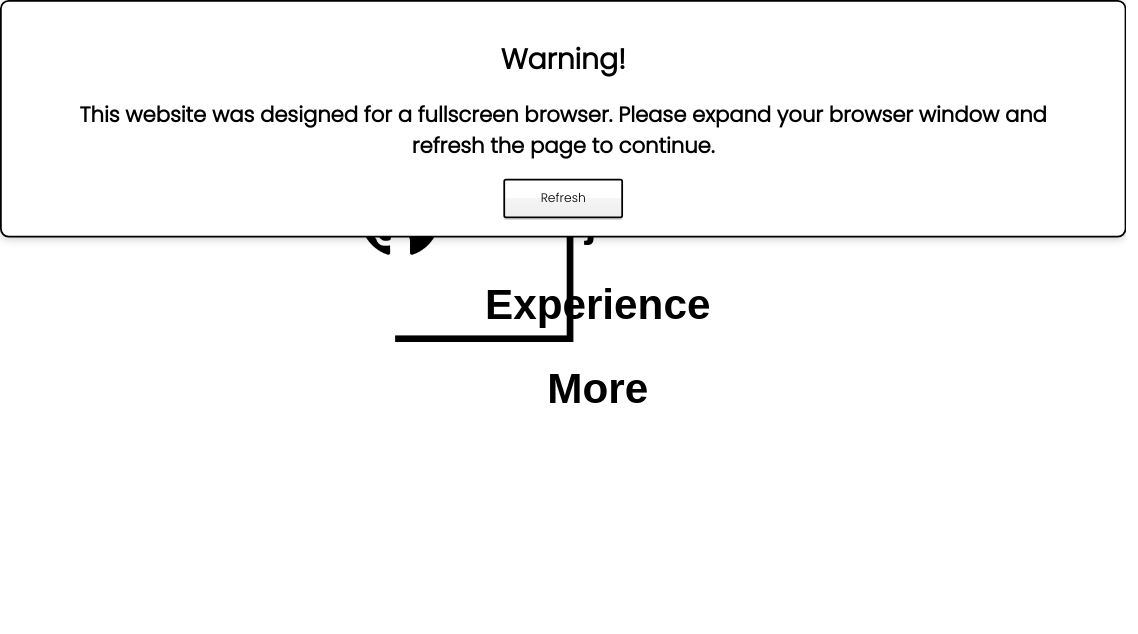
Repository: notMaximilian/maximilianaquino.github.io
Page: index.html
An editor plug-in stored every save of this project. The page is shown before and after the next save, followed by the edit.
The browser window is 1280 px wide. The page is 1280 px wide, then 1293 px, then 1280 px, so the pictures cover 1293 px, including what lies to the right of the window. The pictures show the whole page, at 88% of full size.

Above is the page before, as saved 2022-02-09 17:09:18.
Console error: TypeError: Failed to execute 'removeChild' on 'Node': parameter 1 is not of type 'Node'.

### index.html
<!DOCTYPE html>
<html lang="en">

<head>
  <meta charset="UTF-8">
  <meta name="viewport" content="width=device-width, initial-scale=1, user-scaleable=no">
  <title>Max Aquino</title>
  <link rel="preconnect" href="https://fonts.googleapis.com">
  <link rel="preconnect" href="https://fonts.gstatic.com" crossorigin>
  <link href="https://fonts.googleapis.com/css2?family=Poppins:wght@300&display=swap" rel="stylesheet">
  <link rel="stylesheet" href="css/main.css">
</head>

<body>

  <div class="intro">
    <h1 class="name-header">
      <span class="name">Max</span><span class="name">imilian</span>
    </h1>
  </div>


  </div>
<!-- asdsa -->

  <div class="wrap">
    <div class="game-wrapper">
      <div class="game"></div>
      <h1

      <div class="mainNav">
        <ul class = "navmenu">
          <li><h2 id="about">About Me</h2></li>
          <li><h2 id="projects">Projects</h2></li>
          <li><h2 id="experience">Experience</h2></li>
          <li><h2 id="more">More</h2></li>
        </ul>
      </div>

      <img class="icon" id="twitter" src="img/twitter.png">
      <img class="icon" id="github" src="img/github.png">
      <img class="corners" id="cornerL" src="img/corner-test.png">
      <img class="corners" id="cornerR" src="img/cornerR.png">


      <div class="congratulations">
        <h1>Warning!</h1>
        <h2>This website was designed for a fullscreen browser. Please expand your browser window and refresh the page to continue. </h2>
        <button class="btn" onclick="window.location.reload()">Refresh</button>
      </div>
      <div class="game-over">
        <h1>GAME OVER</h1>
        <h2>You lost the game</h2>
        <button class="btn" onclick="window.location.reload()">Restart</button>
      </div>
    </div>
  </div>

  <!-- Maximilian Fade in and out -->


  <script src="js/app.js"></script>
  <!-- <script src="js/game.js"></script> -->
</body>

</html>

### css/main.css
html,
body {
  height: 100%;
  overflow: hidden;
  cursor: none;
  /* user-select: none; */
}

body {
  margin: 0;
  font: 16px sans-serif;
}

.wrap {
  cursor: none;
  display: flex;
  flex-direction: column;
  height: 100%;
  /* user-select: none; */
}


.game-wrapper {
  flex: 1;
  display: flex;
  justify-content: center;
  align-items: center;
  background: #ffffff;
}
.game {
  width: 100%;
  height: 100%;

  box-shadow: 0 2px 10px black;
  position: absolute;
}

@keyframes scroll-background {
  from {
    background-position-y: 0px;
  }
  to {
    background-position-y: 256px;
  }
}

.game .enemy {
  position: absolute;
  margin-left: -20px;
  margin-top: -18px;
  width: 40px;
}

.game .player {
  position: absolute;
  margin-left: -20px;
  width: 40px;
}

.game .laser {
  position: absolute;
  margin-left: -2.5px;
  height: 30px;
}

.game .enemy-laser {
  position: absolute;
  margin-left: -2.5px;
  height: 30px;
}

.congratulations {
  display: none;
  position: absolute;
  background: #ffffff;
  color: black;
  padding: 20px 50px;
  box-shadow: 0 2px 10px rgba(0, 0, 0, 0.2);
  border: 2px solid black;
  border-radius: 10px;
  text-align: center;
  animation: pop-in 1s;
  font-family: "Poppins", sans-serif;
}

.game-over {
  display: none;
  position: absolute;
  background: #6b1818;
  color: white;
  padding: 20px 50px;
  box-shadow: 0 2px 10px rgba(0, 0, 0, 0.2);
  border-radius: 10px;
  text-align: center;
  animation: pop-in 1s;
}

.btn {
  border: 2px solid black;
  border-radius: 3px;
  box-shadow: 0 2px rgba(0, 0, 0, 0.15);
  background: linear-gradient(
    to bottom,
    #fff 0%,
    #fff 49%,
    #f5f5f5 50%,
    #eee 100%
  );
  padding: 10px 40px;
  font-family: "Poppins", sans-serif;
  font-size: 14px;
}
@keyframes pop-in {
  0% {
    opacity: 0;
    transform: translate(0, -100px);
  }
  10% {
    opacity: 1;
  }
  50% {
    transform: translate(0, 30px);
  }
  100% {
    transform: translate(0, 0);
  }
}

.intro{
  position: fixed;
  z-index: 1;
  left: 0;
  top: 0;
  width: 100%;
  height: 100vh;
  background-color: black;
  transition: 1s;
}

.name-header{
  position: absolute;
  top: 40%;
  left: 50%;
  transform: translate(-50%, -50%);
  color: #ffffff;
}

.intro h1{
  font-family: "Poppins", sans-serif;
  font-size: 80px;
  margin: 0;
  padding: 0;
}

.name{
  position: relative;
  display: inline-block;
  bottom: -20px;
  opacity: 0;
}

.name.active{
  bottom: 0;
  opacity: 1;
  transition: ease-in-out 0.5s;
}

.name.fade{
  bottom: 150px;
  opacity: 0;
  transition: ease-in-out 0.5s;
}

.corners{
  position: absolute;
  width: 16vw;
}

#cornerL{
  transform: translate(-35vw, 23vh);
}
#cornerR{
  transform: translate(35vw, 23vh);
}
#max{
  top: -5vh;
  position: absolute;
  font-family: "Poppins", sans-serif;
  font-size: 12vh;
  text-align: center;
}

.yeight{
  top: -5vh;
  position: absolute;
  font-family: "Poppins", sans-serif;
  font-size: 12vh;
  text-align: center;
}

#github{
  position: absolute;
  width: 7vw;
  transform: translate(32vw, 28vh);
}
#twitter{
  position: absolute;
  width: 7vw;
  transform: translate(-32vw, 30vh);
}


.navmenu{
  list-style: none;
  text-align: center;
}

.test{
  color:blue;
}

.navmenuItems{
  font-size: 4vh;
  font-family: "Poppins", sans-serif;
  float: left;
  margin-right: 6vw;
  text-align: center;
  transition: ease-in-out 0.2s;
}

.navmenu li:hover{
  transition: ease-in-out 0.2s;
  text-decoration: underline;
  text-underline-offset: 4px;
}

.mainNav{
  margin: auto;
  margin-left: 3vw;
  position: absolute;
  top: 7vw;
}

.fade{
  transition: ease-in-out 1s;
  opacity: 0;
}

.open-tab{
  opacity: 1;
  top: -5vh;
  position: absolute;
  font-family: "Poppins", sans-serif;
  font-size: 12vh;
  text-align: center;
  transition: ease-in-out 1s;
}

.absolute{
  position: absolute;
  font-size: 4vh;
  font-family: "Poppins", sans-serif;
  float: left;
  margin-right: 6vw;
  text-align: center;
  transition: ease-in-out 0.2s;
}

### js/app.js
const KEY_CODE_LEFT = 37;
const KEY_CODE_RIGHT = 39;
const KEY_CODE_SPACE = 32;
let inverted = false;
const WINDOW_WIDTH = window.innerWidth - 50;
const WINDOW_HEIGHT = window.innerHeight;
let currentMousePos = 0
let mouse
let rocketPos = 0;
const ROCKET_WIDTH = 20;
const ROCKET_MAX_SPEED = 800.0;
const LASER_MAX_SPEED = 600.0;
const LASER_COOLDOWN = 0.5;
let rocketSpawn = false;
let headerSpace;
const HEADERS_PER_ROW = 10;
const HEADER_HORIZONTAL_PADDING = 80;
const HEADER_VERTICAL_PADDING = 70;
const HEADER_VERTICAL_SPACING = 80;
const HEADER_COOLDOWN = 5.0;



headerCoords = [
  {x:'', y:''},
  {x:'', y:''},
  {x:'', y:''},
  {x:'', y:''},
]

const WINDOW_STATE = {
    lastTime: Date.now(),
    leftPressed: false,
    rightPressed: false,
    spacePressed: false,
    rocketX: WINDOW_WIDTH / 2,
    rocketY: WINDOW_HEIGHT - 300,
    rocketCooldown: 0,
    lasers: [],
    headers: [],
    headerLasers: [],
    fullscreen: false
  };

function setSize($element, width){
    $element.style.width = `${width}vw`;
    $element.style.height = "auto";
  }

function setPosition(el, x, y) {
    if(el == null){console.log('NULL')
    return;}
    el.style.transform = `translate(${x}px, ${y}px)`;
}

function setHeaderPosition(el, x, y) {
  if(el == null){console.log('NULL')
  return;}
  el.style.transform = `translate(${x}vw, ${y}vh)`;
}

function openTab ($container, header){
  //step one fade out other elements on page

  // Fade Maximilian Aquino
  const mainName = document.getElementById('max')
  mainName.classList.add('fade')

  // Fade Accents
  const CornerL = document.getElementById('cornerL')
  const CornerR = document.getElementById('cornerR')
  CornerL.classList.add('fade')
  CornerR.classList.add('fade')

  // Fade icons
  const github = document.getElementById('github')
  const twitter = document.getElementById('twitter')
  github.classList.add('fade')
  twitter.classList.add('fade')

  // Fade headers
  const headers = WINDOW_STATE.headers;
  for (let j = 0; j < headers.length; j++) {
    const head = headers[j];
    if (head.name != header.name){
      head.$element.classList.add('fade')
    }
  }

  // Fade rocket
  const rocket = document.querySelector('.rocket')
  rocket.classList.add('fade')

  destroyAll($container, "6")

  setTimeout(()=>{
    console.log(header.name)
    window.location.href = `./${header.name}.html`;
  },1000)

  // setTimeout(()=>{
    // header.$element.classList.add('open-tab')


  // },1100)

}

// create user controlled rocket for selecting header elements
function createRocket($container) {
    rocketSpawn = true;
    const $rocket = document.createElement("img");
    if(inverted == true){$rocket.src = "img/rocket-inverted.png";}
    else{$rocket.src = "img/rocket.png";}
    $rocket.className = "rocket";
    if (WINDOW_WIDTH + 50 == 1920){
      setSize($rocket,9)
    }
    else{
      setSize($rocket, 7)
    }

    WINDOW_STATE.rocketY = 440;
    $container.appendChild($rocket);
}

function destroyRocket($container, rocket) {
    rocketSpawn = false;
    $container.removeChild(rocket);
    WINDOW_STATE.finalState = true;
    const audio = new Audio("sound/sfx-lose.ogg");
    audio.play();
}


function rectsIntersect(r1, r2) {
    return !(
        r2.left > r1.right ||
        r2.right < r1.left ||
        r2.top > r1.bottom ||
        r2.bottom < r1.top
    );
}



function clamp(v, min, max) {
    if (v < min) {
      return min;
    } else if (v > max) {
      return max;
    } else {
      return v;
    }
}

function rand(min, max) {
    // if (min === undefined) min = 0;
    // if (max === undefined) max = 1;
    // return min + Math.random() * (max - min);
  }

function updateRocket(dt, $container) {
  if(mouse <= '4' ){
    WINDOW_STATE.rocketX -= dt * ROCKET_MAX_SPEED;
  }
  else if (mouse >= '96'){
    WINDOW_STATE.rocketX += dt * ROCKET_MAX_SPEED;
  }

    if (WINDOW_STATE.leftPressed) {
      WINDOW_STATE.rocketX -= dt * ROCKET_MAX_SPEED;
    }
    if (WINDOW_STATE.rightPressed) {
      WINDOW_STATE.rocketX += dt * ROCKET_MAX_SPEED;
    }
    document.onmousemove = (event) => {
      mouse = event.clientX * 100 / window.innerWidth + "%";
      if (mouse > currentMousePos ){
        WINDOW_STATE.rocketX += dt * ROCKET_MAX_SPEED;
      }
      else{
        WINDOW_STATE.rocketX -= dt * ROCKET_MAX_SPEED;
      }
      currentMousePos = mouse;
    }

    // WINDOW_STATE.rocketX = clamp(
    //   WINDOW_STATE.rocketX,
    //   ROCKET_WIDTH,
    //   WINDOW_WIDTH - ROCKET_WIDTH
    // );


    if (WINDOW_STATE.spacePressed && WINDOW_STATE.rocketCooldown <= 0) {
      createLaser($container, WINDOW_STATE.rocketX - 79,  WINDOW_STATE.rocketY-20);
      WINDOW_STATE.rocketCooldown = LASER_COOLDOWN;
    }
    if (WINDOW_STATE.rocketCooldown > 0) {
      WINDOW_STATE.rocketCooldown -= dt;
    }

    const rocket = document.querySelector(".rocket");
    if(rocket == null){return;}
    setPosition(rocket, WINDOW_STATE.rocketX, WINDOW_STATE.rocketY + 200);
}

  function createLaser($container, x, y) {
    if(rocketSpawn == false) {return;}
    const $element = document.createElement("img");
    if(inverted == true){$element.src="img/laser-inverted.png"}
    else{$element.src = "img/laser.png";}
    $element.className = "laser";
    $element.style.position = "absolute"
    $container.appendChild($element);
    const laser = { x, y, $element };
    WINDOW_STATE.lasers.push(laser);
    const audio = new Audio("sound/sfx-laser1.ogg");
    audio.play();
    setPosition($element, x, y);
  }

  function destroyHeader(header) {
    headerSpace.removeChild(header.$element);
    header.isDead = true;
  }

  function destroyAll($container, exceptions){
    console.log(`exception is ${exceptions}`)
    let game = document.querySelector(".game-wrapper");
    let h1 = document.getElementById('max')
    game.removeChild(h1)

    const headers = WINDOW_STATE.headers;
    for (let x = 0; x < headers.length; x++){
      let head = headers[x];
      console.log(head.name)
      if (head.dead == true || head.name == exceptions){continue}
      destroyHeader(head)
    }
    const rocket = document.querySelector('.rocket')
    destroyRocket($container, rocket)
    WINDOW_STATE.lasers = WINDOW_STATE.lasers.filter(e => !e.isDead);
  }

  function updateLasers(dt, $container) {
    if(rocketSpawn == false) {return;}
    const lasers = WINDOW_STATE.lasers;
    for (let i = 0; i < lasers.length; i++) {
      const laser = lasers[i];
      laser.y -= dt * LASER_MAX_SPEED;
      if (laser.y < 0) {
        destroyLaser($container, laser);
      }
      setPosition(laser.$element, laser.x, laser.y);
      const r1 = laser.$element.getBoundingClientRect();
      const headers = WINDOW_STATE.headers;
      for (let j = 0; j < headers.length; j++) {

        const header = headers[j];

        if (header.isDead) continue;

        const r2 = header.$element.getBoundingClientRect();
        if (rectsIntersect(r1, r2)) {
          if(header.name == 'about'){
            openTab($container, header)
            destroyLaser($container, laser);
            const test = document.createElement('h1');
            const testNode = document.createTextNode('About')
            test.appendChild(testNode)
            // test.classList.add('yeight')
            return
          }
          // if (header.name == 'more' || header.name == 'back'){

          //     for (let x = 0; x < headers.length; x++){
          //     let head = headers[x];
          //     if (head.dead == true){continue}
          //     head.$element.style.opacity = 0;
          //     head.$element.style.transition = 'ease-in-out 0.5s';
          //     destroyHeader($container, head)
          //   }


          //   const rocket = document.querySelector('.rocket')
          //   rocket.style.opacity = 0;
          //   rocket.style.transition = 'ease-in-out 0.5s'
          //   destroyRocket($container, rocket)

          //   console.log(inverted)
          //   if(inverted == false){
          //     setTimeout(()=>{
          //       initInvert($container)
          //     },10)
          //   }
          //   else{
          //     setTimeout(()=>{
          //       init()
          //     },10)
          //   }
          //   WINDOW_STATE.lasers = WINDOW_STATE.lasers.filter(e => !e.isDead);
          //   return;
          // }
        if (header.name == 'project'){
          WINDOW_STATE.fullscreen = false;
        }



          break;
        }
      }
    }
    WINDOW_STATE.lasers = WINDOW_STATE.lasers.filter(e => !e.isDead);
  }

function destroyLaser($container, laser) {
    $container.removeChild(laser.$element);
    laser.isDead = true;
}

function createHeader($container, $element,name) {
    $element.classList.add('navmenuItems');
    let header = {
        name,
        cooldown: rand(0.5, HEADER_COOLDOWN),
        $element,
        dead: false
    };

    $container.appendChild($element);
    headerSpace.appendChild($element)
    WINDOW_STATE.headers.push(header);
  }

  function updateHeaders(dt, $container) {
    const dx = Math.sin(WINDOW_STATE.lastTime / 1000.0) * 50;
    const dy = Math.cos(WINDOW_STATE.lastTime / 1000.0) * 10;

    const headers = WINDOW_STATE.headers;
    for (let i = 0; i < headers.length; i++) {
      const header = headers[i];
      const x = header.x + dx;
      const y = header.y + dy;
    //   setPosition(header.$element, x, y);
      header.cooldown -= dt;
      if (header.cooldown <= 0) {
        createHeaderLaser($container, x, y);
        header.cooldown = HEADER_COOLDOWN;
      }
    }
    WINDOW_STATE.headers = WINDOW_STATE.headers.filter(e => !e.isDead);
  }



  function createHeaderLaser($container, x, y) {
    const $element = document.createElement("img");
    $element.src = "img/laser-red-5.png";
    $element.className = "header-laser";
    $container.appendChild($element);
    const laser = { x, y, $element };
    WINDOW_STATE.headerLasers.push(laser);
    setPosition($element, x, y);
  }

  function updateheaderLasers(dt, $container) {
    const lasers = WINDOW_STATE.headerLasers;
    for (let i = 0; i < lasers.length; i++) {
      const laser = lasers[i];
      laser.y += dt * LASER_MAX_SPEED;
      if (laser.y > WINDOW_HEIGHT) {
        destroyLaser($container, laser);
      }
      setPosition(laser.$element, laser.x, laser.y);
      const r1 = laser.$element.getBoundingClientRect();
      const rocket = document.querySelector(".rocket");
      const r2 = rocket.getBoundingClientRect();
      if (rectsIntersect(r1, r2)) {
        // Rocket was hit
        destroyRocket($container, rocket);
        break;
      }
    }
    WINDOW_STATE.headerLasers = WINDOW_STATE.headerLasers.filter(e => !e.isDead);
  }

  function init() {


    headerSpace = document.querySelector('.mainNav')
    headerSpace.classList.add('mainNav')

    document.body.style.zoom = (window.innerWidth / window.outerWidth)
    inverted = false;
    const width = WINDOW_WIDTH + 50;
    const background = document.querySelector(".game-wrapper");
    if (width >= 1920){
      // background.style.backgroundImage = "url('img/background-white.png')";
      WINDOW_STATE.fullscreen = true;
    }
    else if (width == 1366){
      // background.style.backgroundImage = "url('img/background-white-1366x768.png')";
      WINDOW_STATE.fullscreen = true;
    }
    else{
      WINDOW_STATE.fullscreen == false
      document.querySelector(".congratulations").style.display = "block";
      return;
    }

    const $container = document.querySelector(".game");
    createRocket($container);
    createHeader($container, document.getElementById('about'),'about');
    createHeader($container, document.getElementById('projects'),'projects');
    createHeader($container, document.getElementById('experience'),'experience');
    createHeader($container, document.getElementById('more'),'more');
  }

  function initInvert($container,x ,y){
    inverted = true;
    const background = document.querySelector(".game-wrapper");
    const width = WINDOW_WIDTH + 50;
    if (width >= 1920){
      background.style.backgroundImage = "url('img/background-black.png')";
      WINDOW_STATE.fullscreen = true;
    }
    else if (width == 1366){
      background.style.backgroundImage = "url('img/background-black-1366x768.png')";
      WINDOW_STATE.fullscreen = true;
    }
    else{
      WINDOW_STATE.fullscreen == false
      document.querySelector(".congratulations").style.display = "block";
      return;
    }
    createRocket($container);
    createHeader($container, '2', 10 -2.5, 20 , 'img/inverted-card2.png', 17);
    createHeader($container, '1', 30 -2.5, 18 , 'img/inverted-card1.png', 23);
    createHeader($container, '3', 56 -2.5, 19.5 , 'img/inverted-card5.png', 10);
    createHeader($container, 'back', 70 -2.5, 19.5, 'img/inverted-card4.png', 10);
  }


  function rocketHasWon() {
    // return WINDOW_STATE.headers.length === 0;
  }


  function update(e) {
    const currentTime = Date.now();
    const $container = document.querySelector(".game");

    const dt = (currentTime - WINDOW_STATE.lastTime) / 1000.0;

    if (WINDOW_STATE.fullscreen == false) {
      destroyAll($container)
      // document.querySelector(".congratulations").style.display = "block";

      return;
    }

    // if (rocketHasWon()) {
    //   document.querySelector(".congratulations").style.display = "block";

    //   return;
    // }


    updateRocket(dt, $container);
    updateLasers(dt, $container);
    updateHeaders(dt, $container);
    updateheaderLasers(dt, $container);

    WINDOW_STATE.lastTime = currentTime;
    window.requestAnimationFrame(update);
  }

  function onKeyDown(e) {
    if (e.keyCode === KEY_CODE_LEFT ) {
      WINDOW_STATE.leftPressed = true;
    } else if (e.keyCode === KEY_CODE_RIGHT) {
      WINDOW_STATE.rightPressed = true;
    } else if (e.keyCode === KEY_CODE_SPACE) {
      WINDOW_STATE.spacePressed = true;
    }
  }

  function onKeyUp(e) {
    if (e.keyCode === KEY_CODE_LEFT) {
      WINDOW_STATE.leftPressed = false;
    } else if (e.keyCode === KEY_CODE_RIGHT) {
      WINDOW_STATE.rightPressed = false;
    } else if (e.keyCode === KEY_CODE_SPACE) {
      WINDOW_STATE.spacePressed = false;
    }
  }

  function onMouseDown() {
      WINDOW_STATE.spacePressed = true;
  }
  function onMouseUp() {
    setTimeout(()=>{
      WINDOW_STATE.spacePressed = false;
    },500)
}


  function onKeyUp(e) {
    if (e.keyCode === KEY_CODE_LEFT) {
      WINDOW_STATE.leftPressed = false;
    } else if (e.keyCode === KEY_CODE_RIGHT) {
      WINDOW_STATE.rightPressed = false;
    } else if (e.keyCode === KEY_CODE_SPACE) {
      WINDOW_STATE.spacePressed = false;
    }
  }


intro = document.querySelector('.intro')
let name = document.querySelector('.name-header')
let logoSpan = document.querySelectorAll('.name')

 window.addEventListener('DOMContentLoaded', () =>{

    setTimeout(()=>{
        logoSpan.forEach((span, idx)=>{
            setTimeout(()=>{
                span.classList.add('active')
            }, (idx + 1) * 400)
        })


        setTimeout(()=>{
            logoSpan.forEach((span, idx)=>{
                setTimeout(()=>{
                    span.classList.remove('active')
                    span.classList.add('fade')
                }, (idx + 1) * 400)
            })
        },2000)

        setTimeout(()=>{
            intro.style.top = '-100vh';
            window.addEventListener("keydown", onKeyDown);
            window.addEventListener("keyup", onKeyUp);
            window.requestAnimationFrame(update);
            window.addEventListener('mousedown', onMouseUp)
            window.addEventListener('mouseup', onMouseDown)
            init();
        }, 2300)

    })
 })

After the next save:
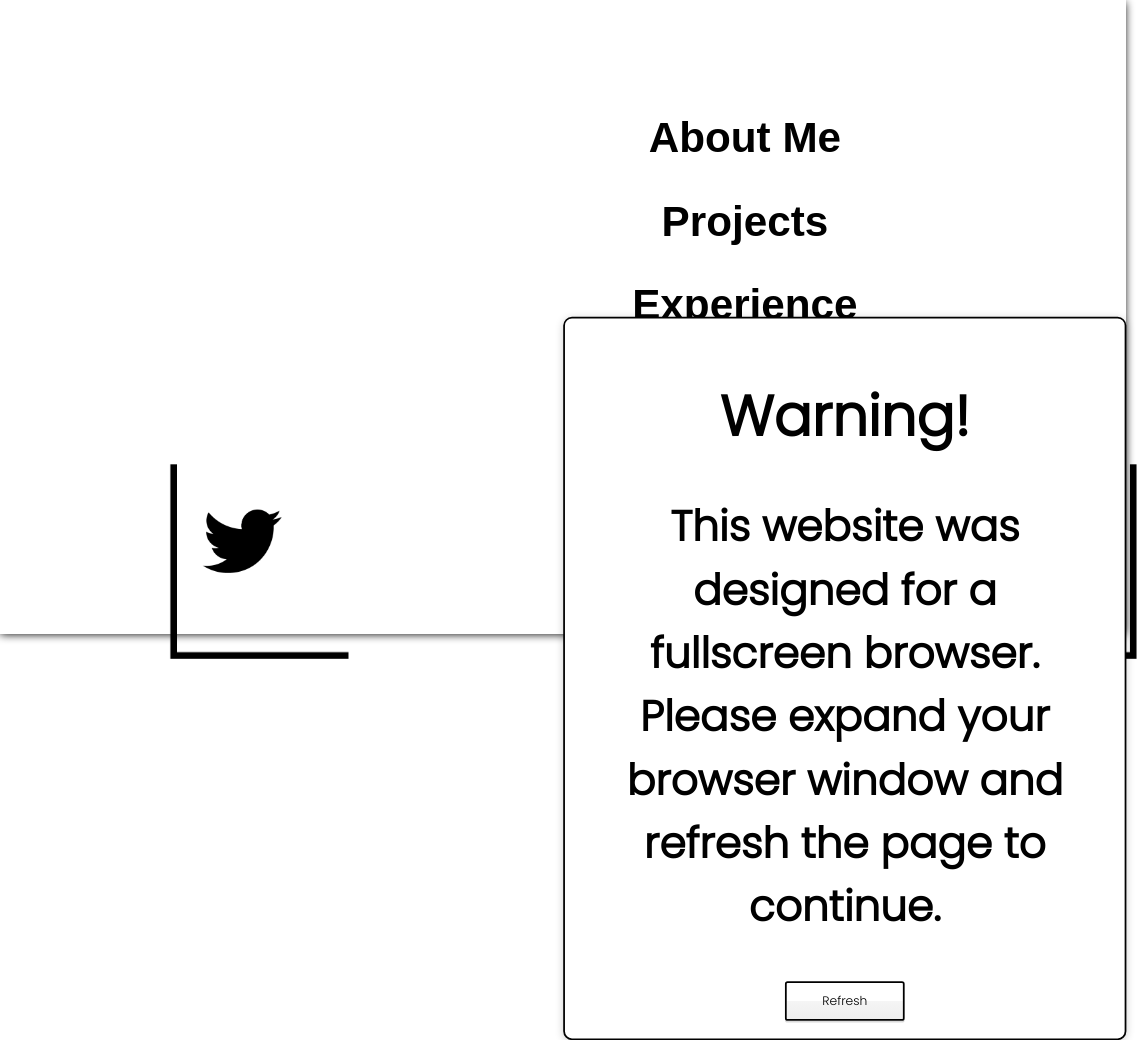
Saved 12 s later.
--- a/index.html
+++ b/index.html
@@ -26,7 +26,7 @@
   <div class="wrap">
     <div class="game-wrapper">
       <div class="game"></div>
-      <h1
+      <h1>
 
       <div class="mainNav">
         <ul class = "navmenu">

After the 2 saves that followed:
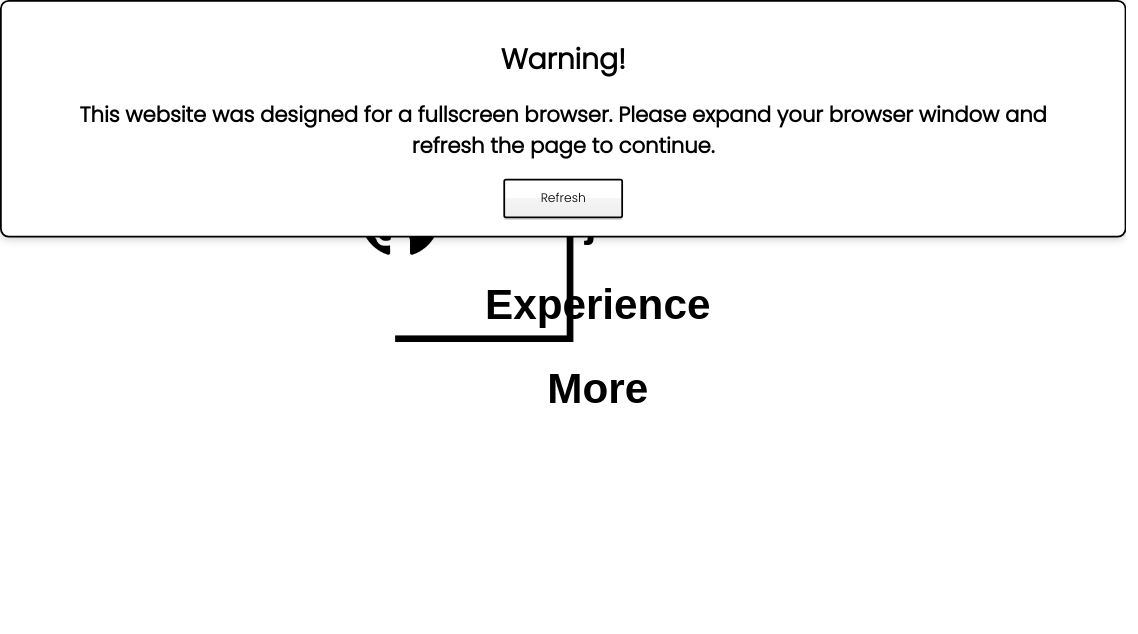
The 2 saves are shown as one change because they came seconds apart.
The last was saved 8 s later.
--- a/index.html
+++ b/index.html
@@ -26,7 +26,7 @@
   <div class="wrap">
     <div class="game-wrapper">
       <div class="game"></div>
-      <h1>
+      <h1
 
       <div class="mainNav">
         <ul class = "navmenu">
